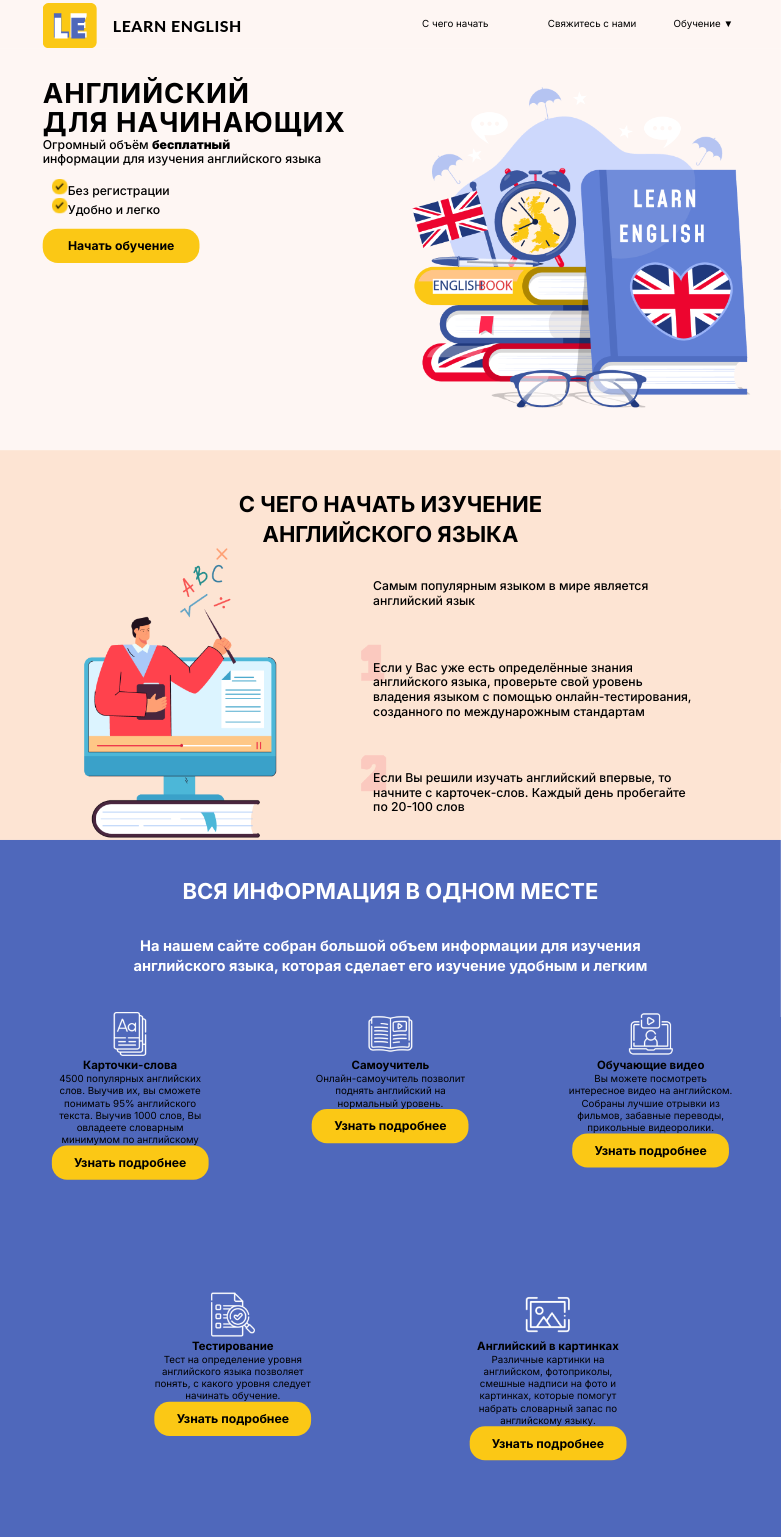
Repository: WladimirVA/Diplom
Page: scool/index.html
These files come from the project's save history. The page is drawn as it stood at one moment and after the next save; the edit follows.
The browser window is 1280 px wide. The pictures show the whole page, at 61% of full size.

Above is the page before, as saved 2023-07-06 20:10:49.

After the next save:
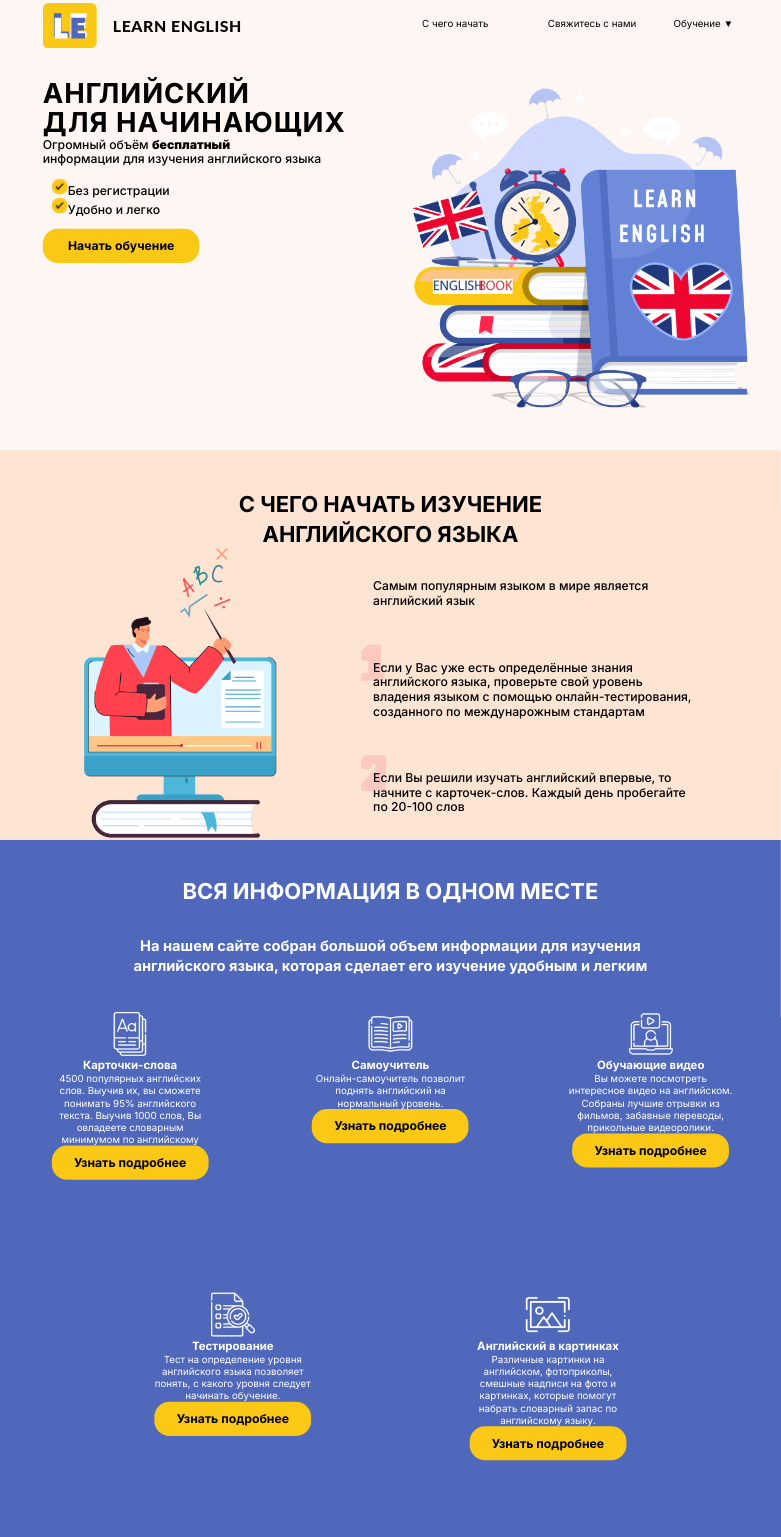
Saved 26 s later.
--- a/scool/css/index.css
+++ b/scool/css/index.css
@@ -290,6 +290,7 @@ ul.ddropdownn .ddropdownn-inside a:hover {/* Цвет фона изменитс
 } */
 
 .information1 {
+    color: #FFFFFF;
     height: 400px;
     text-align: center;
     display: flex;
@@ -306,6 +307,7 @@ ul.ddropdownn .ddropdownn-inside a:hover {/* Цвет фона изменитс
 }
 
 .information2 {
+    color: #FFFFFF;
     height: 400px;
     text-align: center;
     margin: 60px 0 0 0;
